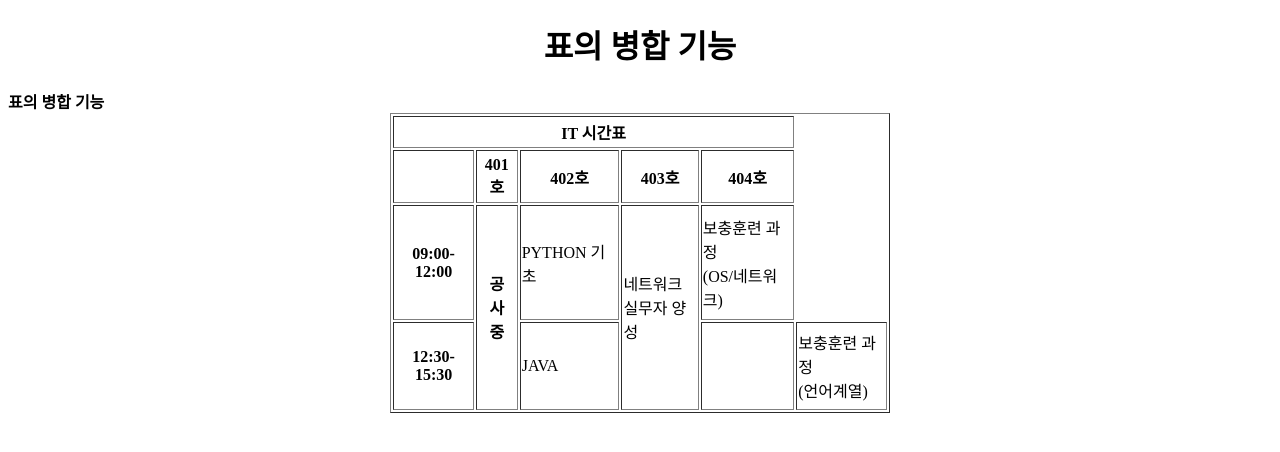
Repository: hui-Joo/html
Page: html/quiz.html
An editor plug-in stored every save of this project. The page is shown before and after the next save, followed by the edit.
The browser window is 1280 px wide. The pictures show the whole page.

Above is the page before, as saved 2021-10-04 06:07:32.

After the next save:
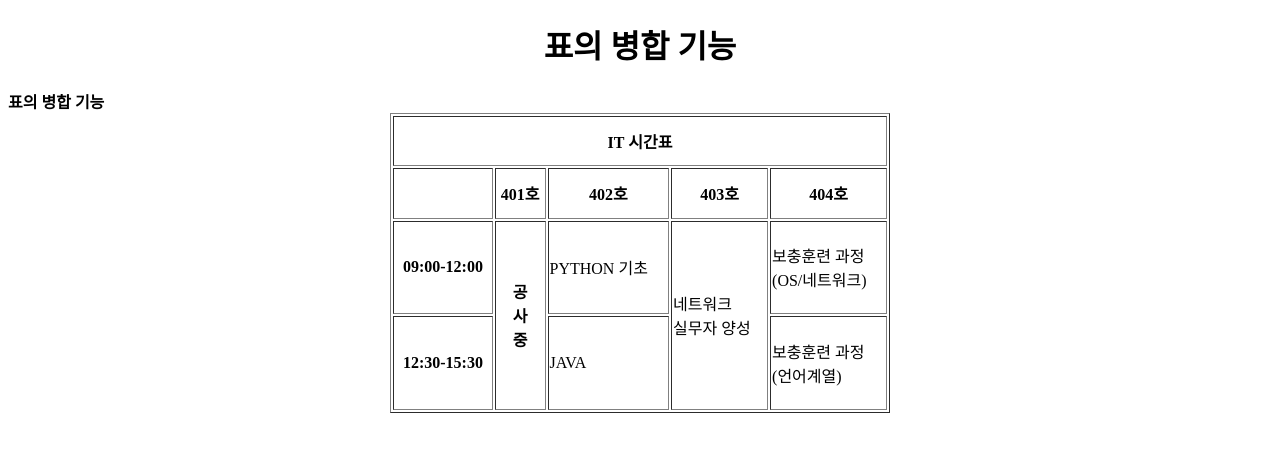
Saved 20 s later.
--- a/html/quiz.html
+++ b/html/quiz.html
@@ -22,7 +22,7 @@
 	</tr>
 
 	<tr>
-	<th>12:30-15:30</th><td>JAVA</td><td></td><td>보충훈련 과정<br>(언어계열)</td>
+	<th>12:30-15:30</th><td>JAVA</td><td>보충훈련 과정<br>(언어계열)</td>
 	</tr>
 
 
